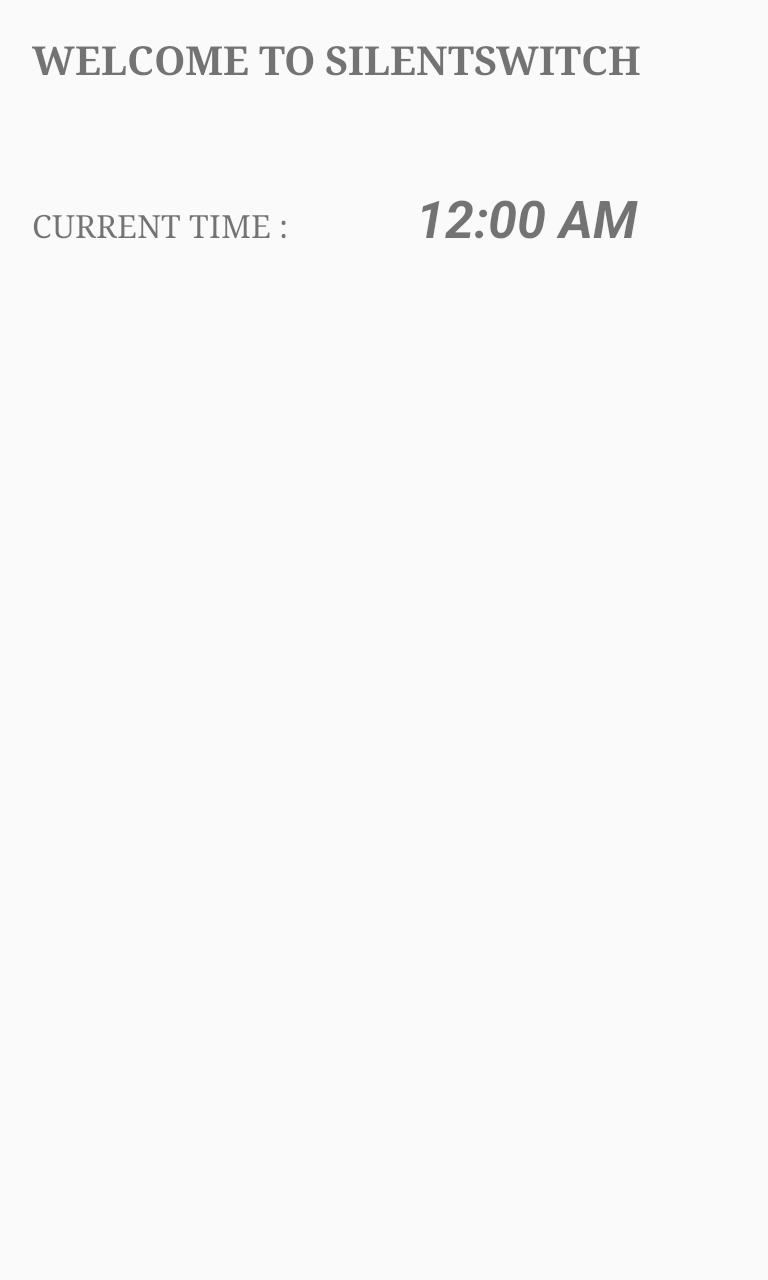
Repository: karakor/SilentSwitch2
Layout: SilentSwitch/res/layout/activity_alarm.xml
The author's editor kept a copy of each file at every save. The layout is drawn from the files as they stood at one save, then again after the next save.
It is drawn on a 768 x 1280 px phone screen (xhdpi) without system bars, with theme AppTheme; the app's code is not run. The app's manifest (not shown) leaves right-to-left support off. So textAlignment, textDirection and layoutDirection are ignored, and left and right values win over start and end ones.

Above is the layout before, as saved 2015-03-02 11:39:01.

After the next save:
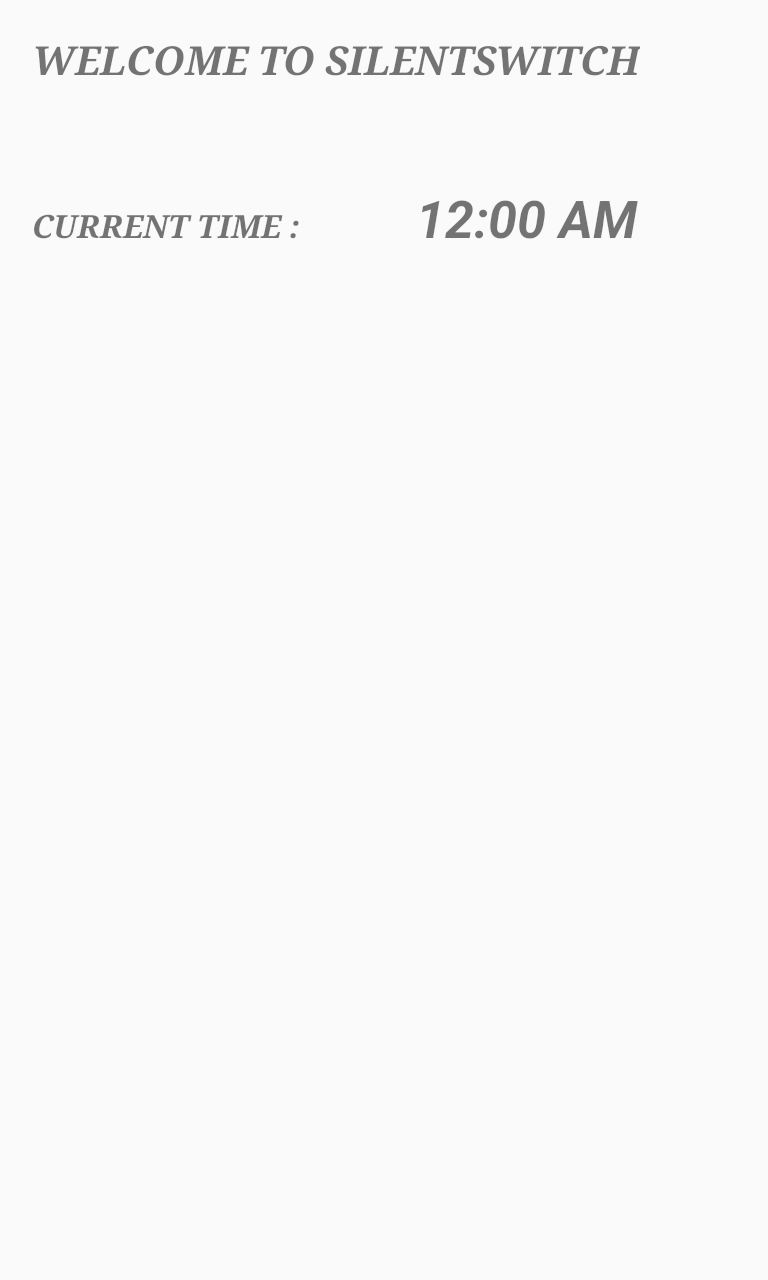
Saved 2 min 43 s later.
--- a/SilentSwitch/res/layout/activity_alarm.xml
+++ b/SilentSwitch/res/layout/activity_alarm.xml
@@ -13,9 +13,9 @@
         android:layout_width="wrap_content"
         android:layout_height="wrap_content"
         android:text="@string/hello_world"
-        android:textStyle="bold"
         android:textSize="20sp"
-        android:typeface="serif"  />
+        android:textStyle="bold|italic"
+        android:typeface="serif" />
 
     <TextView
         android:id="@+id/current_time"
@@ -27,7 +27,7 @@
         android:text="@string/current_txt"
         android:textAppearance="?android:attr/textAppearanceSmall"
         android:textSize="16sp"
-
+        android:textStyle="bold|italic"
         android:typeface="serif" />
 
     <DigitalClock
